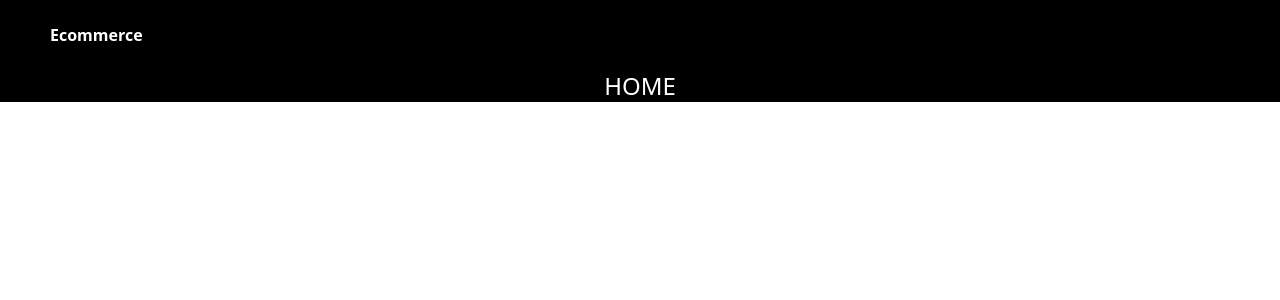
Repository: OmniaRafat232111121/ecommerceredux
Page: / (app in eco/)
The author's editor kept a copy of each file at every save. The page is drawn from the files as they stood at one save, then again after the next save.
The browser window is 1280 px wide. The pictures show the whole page.
The project was rebuilt for these pictures with package versions that can differ from the ones it lists, and the page was loaded fresh each time.

Above is the page before, as saved 2022-11-01 18:30:42.

After the next save:
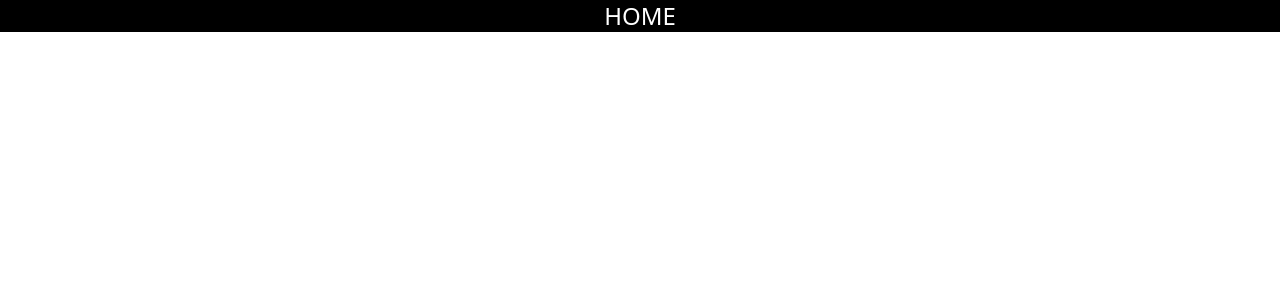
Saved 14 s later.
--- a/eco/src/components/Header.js
+++ b/eco/src/components/Header.js
@@ -3,9 +3,7 @@ import React from 'react'
 const Header = () => {
   return (
     <header className='bg-black text-white fixed left-0 right-0 z-10 w-full  mx-auto transition-all duration-150 '>
-    <div className='flex justify-between items-center h-[70px] pl-[50px] pr-[60px]'>
-    <h1 className='font-bold'>Ecommerce</h1>
-    </div>
+
 
     <div className='w-full flex flex-col justify-between'>
     <ul className='flex flex-col justify-center items-center'>
